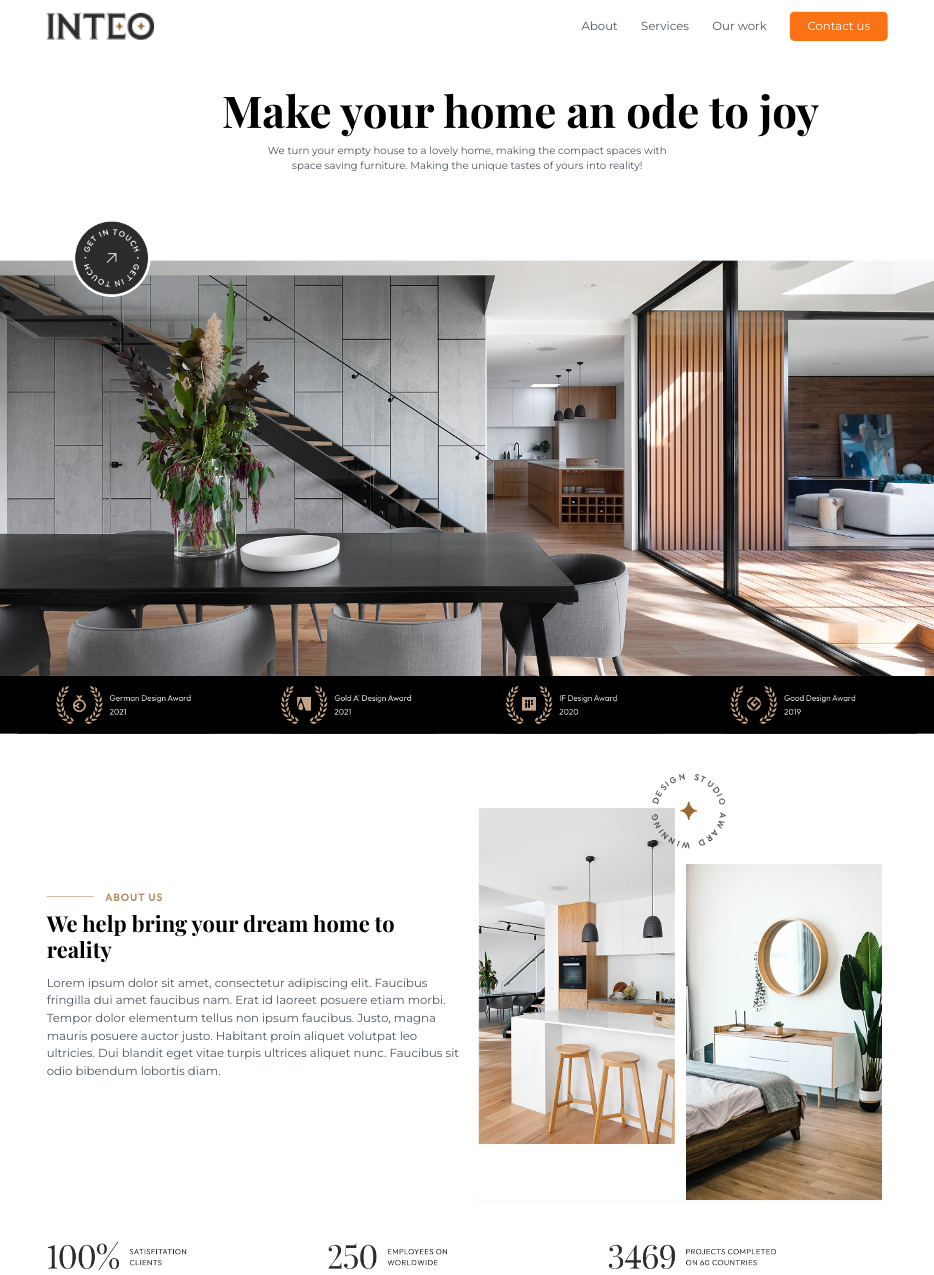
Repository: CatherinneJ/responsive-tailwind-website
Page: tailwind.html
The author's editor kept a copy of each file at every save. The page is drawn from the files as they stood at one save, then again after the next save.
The browser window is 1280 px wide. The pictures show the whole page, at 73% of full size.
Some web libraries are served in a nearby version.

Above is the page before, as saved 2025-05-21 20:02:49.

After the next save:
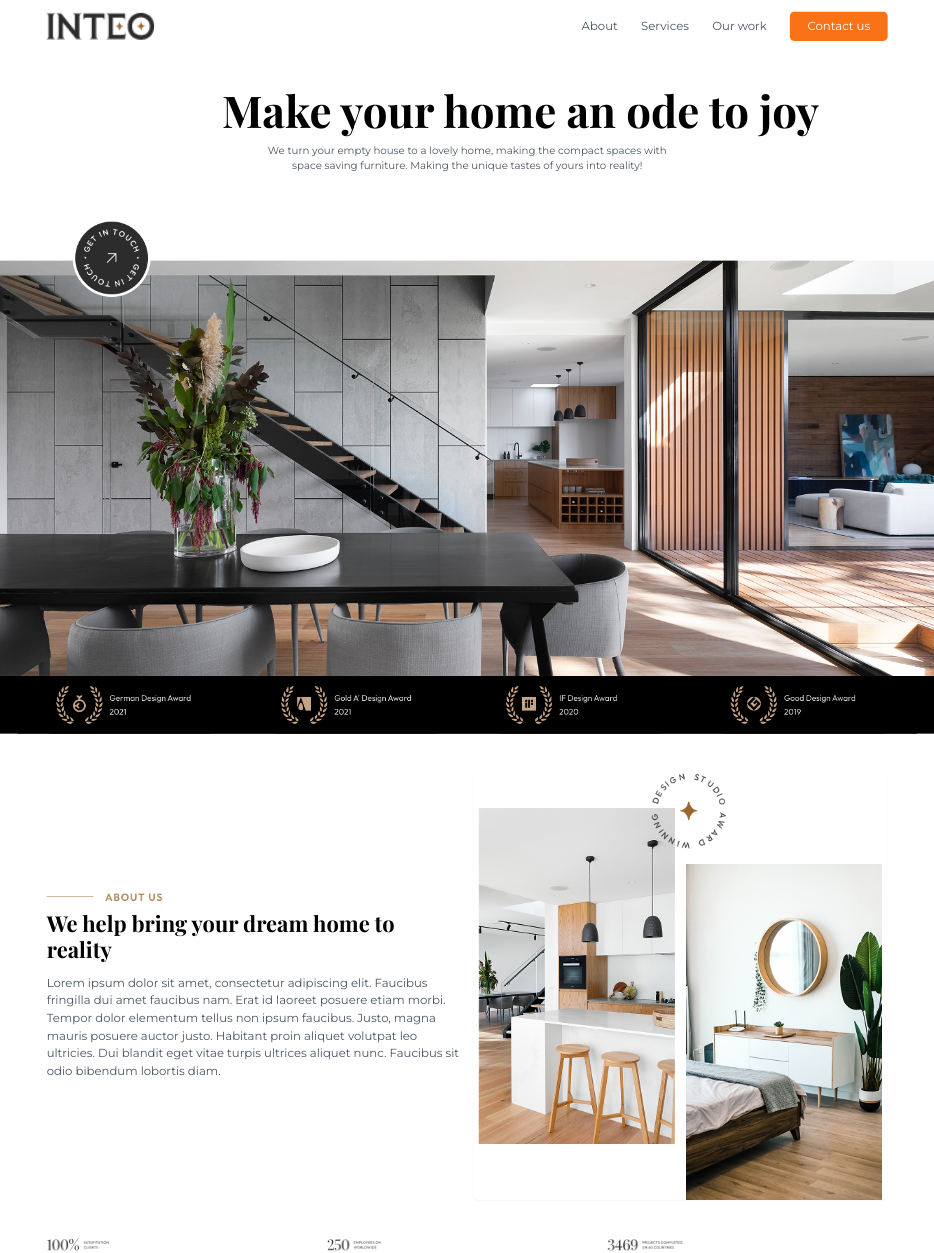
Saved 39 s later.
--- a/tailwind.html
+++ b/tailwind.html
@@ -87,11 +87,11 @@
     </section>
     <search>
         <h3>
-            <ul class="flex flex-wrap justify-center">
-                <li><img src="./Assets/Metric Item.png" class="w-2/3 sm:w-2/2 md:w-3/5 lg:w-3/4" alt="metric1"></li>
-                <li><img src="./Assets/Metric Item (1).png" class="w-2/3 sm:w-2/2 md:w-3/5 lg:w-3/4" alt="metric2"></li>
-                <li><img src="./Assets/Metric Item (2).png" class="w-2/3 sm:w-2/2 md:w-3/5 lg:w-3/4" alt="metric3"></li>
-            </ul>
+<ul class="flex flex-wrap justify-center">
+    <li><img src="./Assets/Metric Item.png" class="w-2/3 sm:w-2/2 md:w-1/3" alt="metric1"></li>
+    <li><img src="./Assets/Metric Item (1).png" class="w-2/3 sm:w-2/2 md:w-1/3" alt="metric2"></li>
+    <li><img src="./Assets/Metric Item (2).png" class="w-2/3 sm:w-2/2 md:w-1/3" alt="metric3"></li>
+</ul>
         </h3>
     </search>
 </body>

After the save that followed:
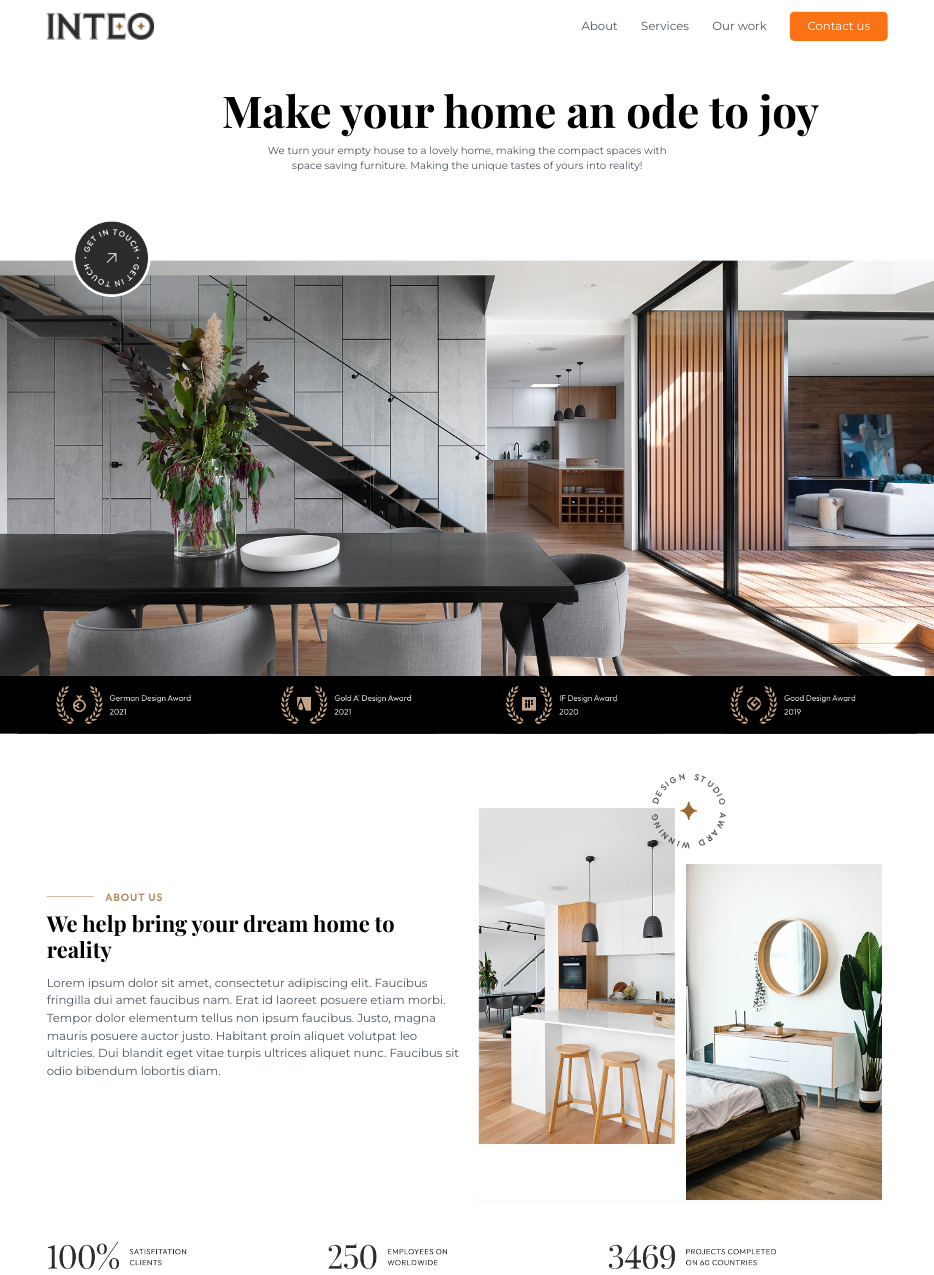
Saved 79 s later.
--- a/tailwind.html
+++ b/tailwind.html
@@ -87,11 +87,11 @@
     </section>
     <search>
         <h3>
-<ul class="flex flex-wrap justify-center">
-    <li><img src="./Assets/Metric Item.png" class="w-2/3 sm:w-2/2 md:w-1/3" alt="metric1"></li>
-    <li><img src="./Assets/Metric Item (1).png" class="w-2/3 sm:w-2/2 md:w-1/3" alt="metric2"></li>
-    <li><img src="./Assets/Metric Item (2).png" class="w-2/3 sm:w-2/2 md:w-1/3" alt="metric3"></li>
-</ul>
+            <ul class="flex flex-wrap justify-center md:flex-nowrap">
+                <li><img src="./Assets/Metric Item.png" class="w-2/3 sm:w-2/2 md:w-3/5 lg:w-3/4" alt="metric1"></li>
+                <li><img src="./Assets/Metric Item (1).png" class="w-2/3 sm:w-2/2 md:w-3/5 lg:w-3/4" alt="metric2"></li>
+                <li><img src="./Assets/Metric Item (2).png" class="w-2/3 sm:w-2/2 md:w-3/5 lg:w-3/4" alt="metric3"></li>
+            </ul>
         </h3>
     </search>
 </body>
